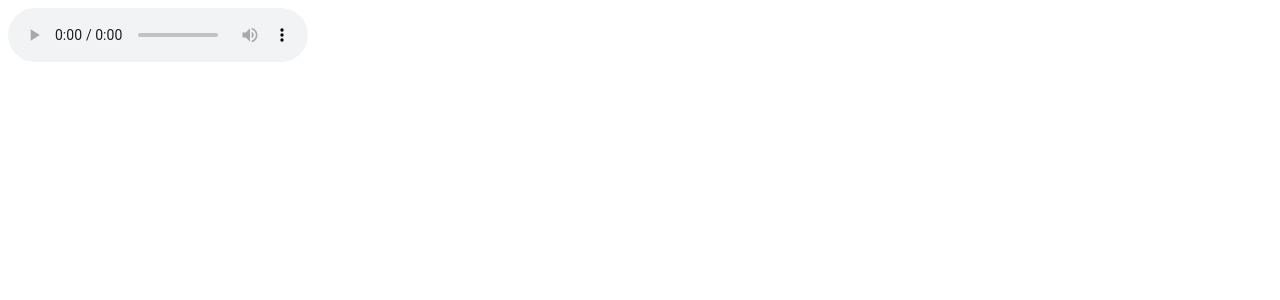
Repository: seokku/java2
Page: workspace/web/ch02basic/WebContent/media.html
These files come from the project's save history. The page is drawn as it stood at one moment and after the next save; the edit follows.
The browser window is 1280 px wide. The pictures show the whole page.

Above is the page before, as saved 2021-02-15 08:15:15.

After the next save:
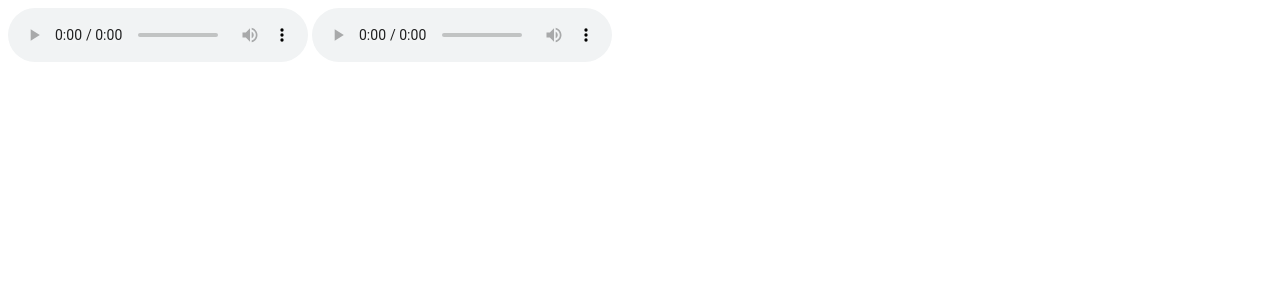
Saved 44 s later.
--- a/workspace/web/ch02basic/WebContent/media.html
+++ b/workspace/web/ch02basic/WebContent/media.html
@@ -7,5 +7,7 @@
 <body>
 <!-- 음원이 하나만 존재하는 경우 태그 안에 src 속성을 이용해서 오디오 파일을 선택 -->
 <audio src="audio.m4a" controls="controls" autoplay></audio>
+<!-- 브라우저 마다 음원을 플레이 여부가 정해진다. -->
+<audio controls="controls"></audio>
 </body>
 </html>
